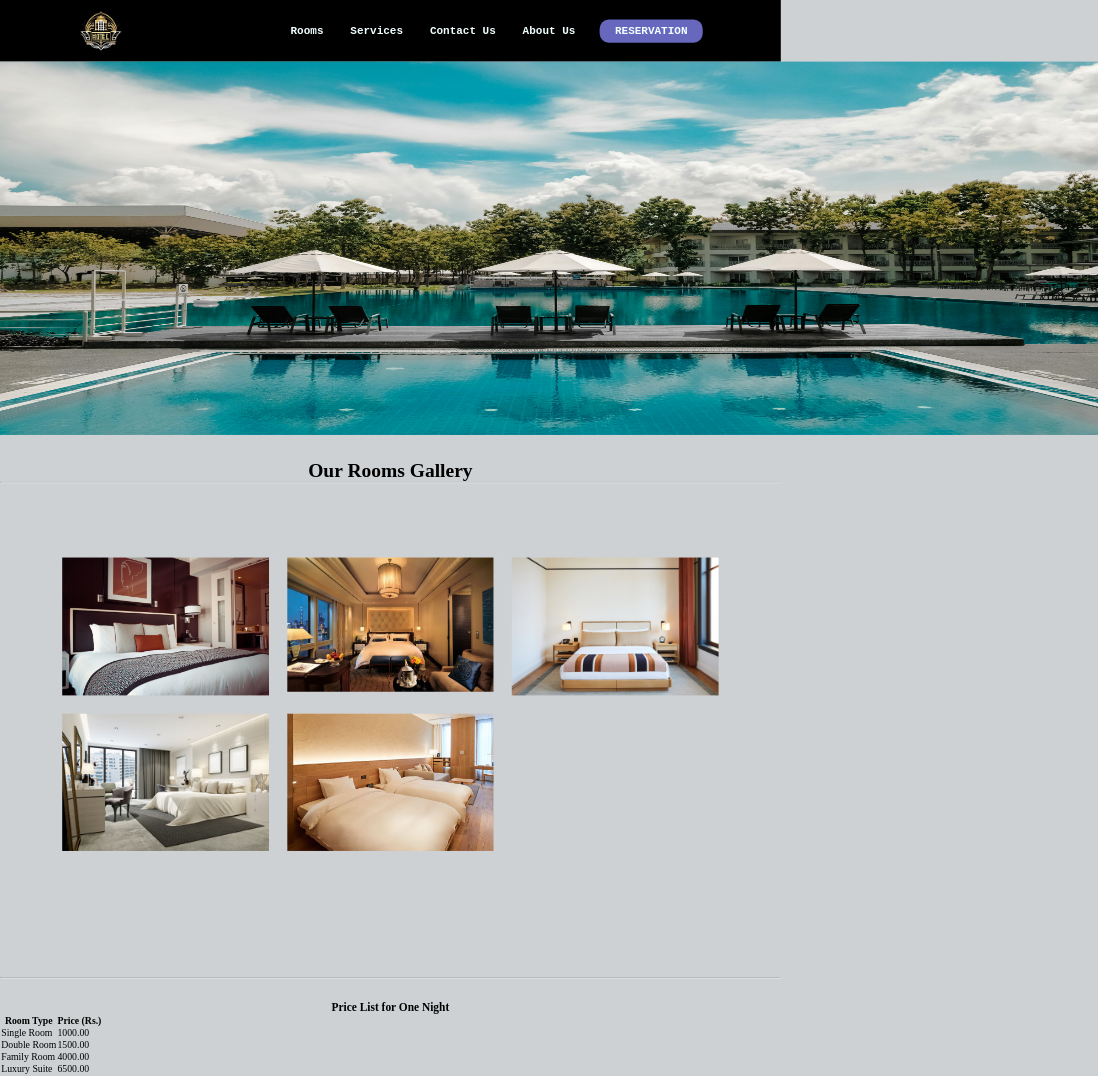
Repository: DhananjayaLakshan/Uom-Web_Design_For_Beginners
Page: Final Assignment/index.html
The author's editor kept a copy of each file at every save. The page is drawn from the files as they stood at one save, then again after the next save.
The browser window is 1280 px wide. The page is 1800 px wide, so the pictures cover 1800 px, including what lies to the right of the window. The pictures show the whole page, at 61% of full size.

Above is the page before, as saved 2023-11-29 14:51:46.

After the next save:
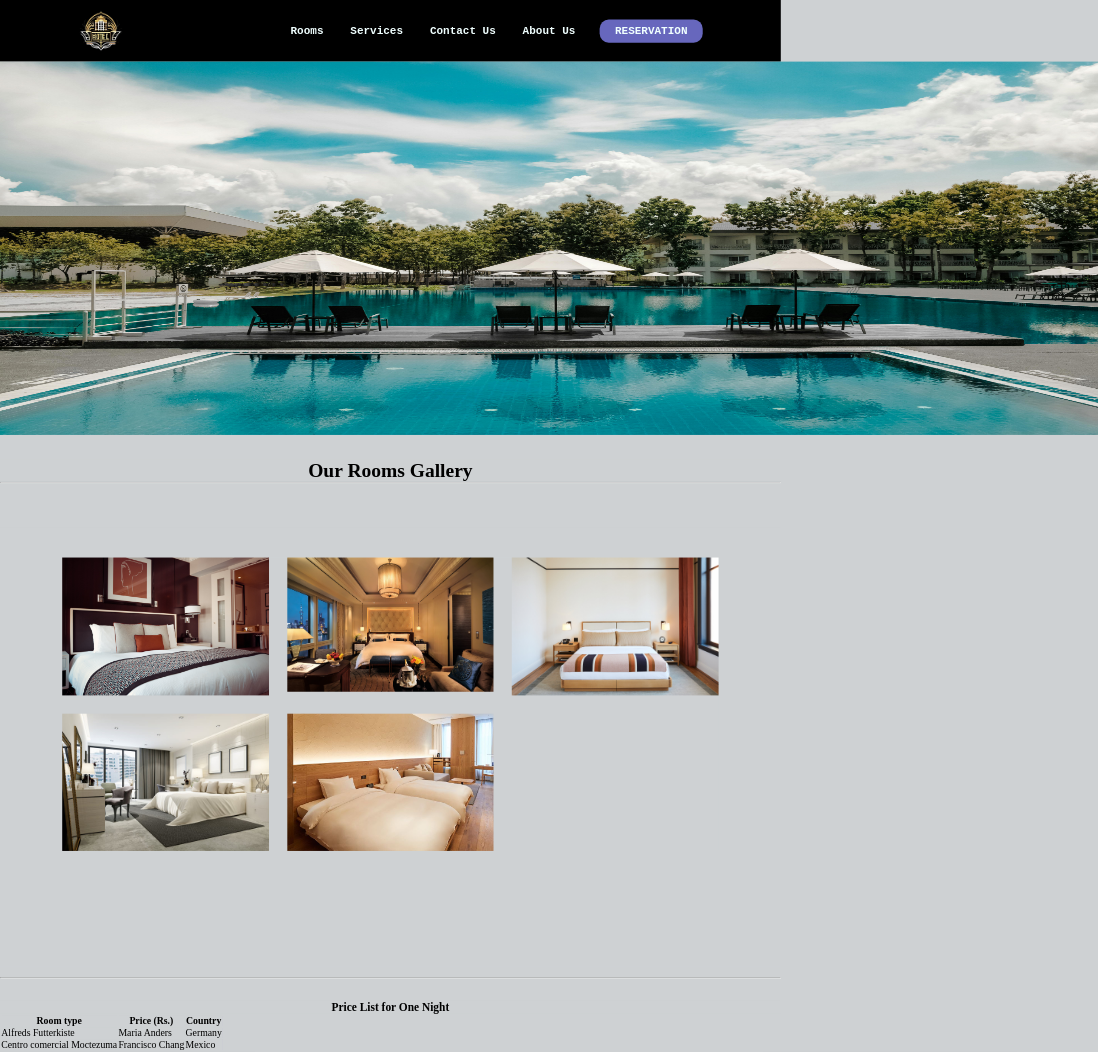
Saved 41 s later.
--- a/Final Assignment/index.html
+++ b/Final Assignment/index.html
@@ -58,32 +58,23 @@
 
 <h3 style="text-align: center;">Price List for One Night</h3>
 
-<table >
+<table>
     <tr>
-        <th>Room Type</th>
-        <th>Price (Rs.)</th>
+      <th>Room type</th>
+      <th>Price (Rs.)</th>
+      <th>Country</th>
     </tr>
-
     <tr>
-        <td>Single Room</td>
-        <td>1000.00</td>
+      <td>Alfreds Futterkiste</td>
+      <td>Maria Anders</td>
+      <td>Germany</td>
     </tr>
-
     <tr>
-        <td>Double Room</td>
-        <td>1500.00</td>
+      <td>Centro comercial Moctezuma</td>
+      <td>Francisco Chang</td>
+      <td>Mexico</td>
     </tr>
-
-    <tr>
-        <td>Family Room</td>
-        <td>4000.00</td>
-    </tr>
-
-    <tr>
-        <td>Luxury Suite</td>
-        <td>6500.00</td>
-    </tr>
-</table>
+  </table>
 
 
 
